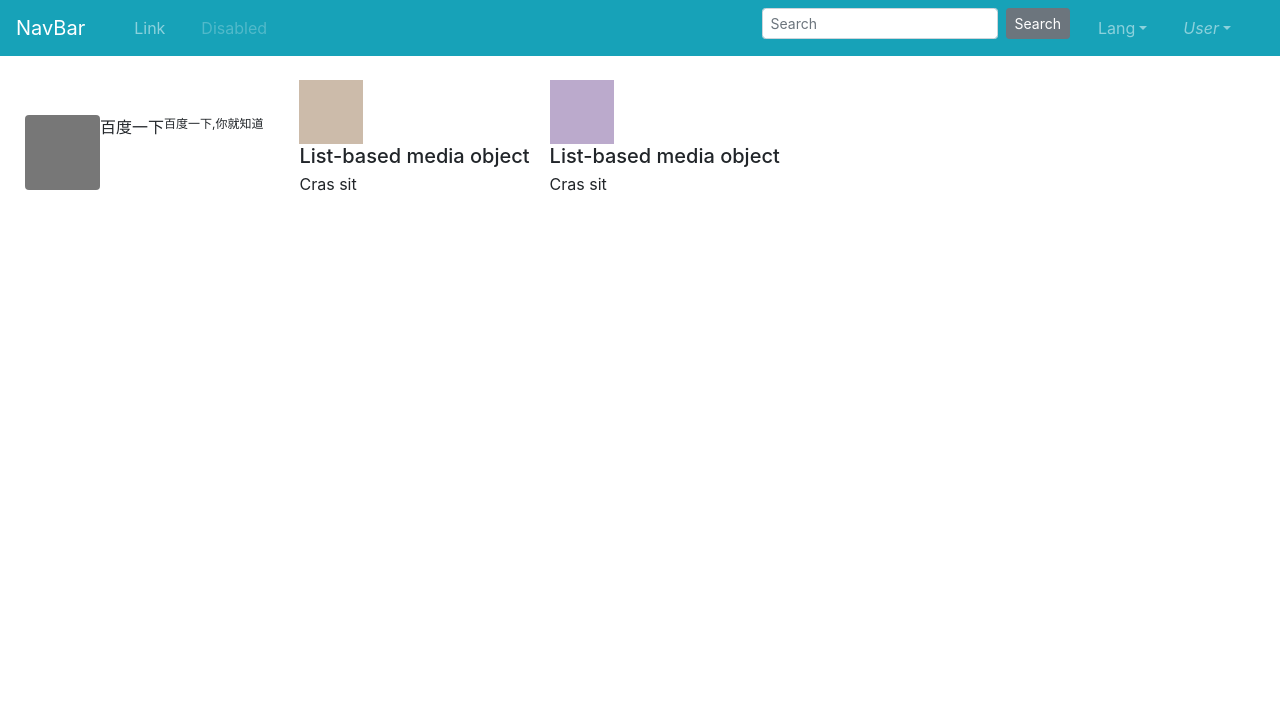
Repository: Funnyrz/vue-nav
Page: /
An editor plug-in stored every save of this project. The page is shown before and after the next save, followed by the edit.
The browser window is 1280 px wide. The pictures show the whole page.
The project was rebuilt for these pictures with package versions that can differ from the ones it lists, and the page was loaded fresh each time.

Above is the page before, as saved 2020-08-26 11:56:36.

### public/index.html
<!DOCTYPE html>
<html lang="en">
  <head>
    <meta charset="utf-8">
    <meta http-equiv="X-UA-Compatible" content="IE=edge">
    <meta name="viewport" content="width=device-width,initial-scale=1.0">
    <link rel="icon" href="<%= BASE_URL %>favicon.ico">
    <title>vue-pic</title>
  </head>
  <body>
    <noscript>
      <strong>We're sorry but vue-pic doesn't work properly without JavaScript enabled. Please enable it to continue.</strong>
    </noscript>
    <div id="app"></div>
    <!-- built files will be auto injected -->
  </body>
</html>

### src/main.js
import Vue from 'vue'
import App from './App.vue'
import 'bootstrap/dist/css/bootstrap.css'
import 'bootstrap-vue/dist/bootstrap-vue.css'
import BootstrapVue from 'bootstrap-vue'
// ES Modules syntax

// require syntax

Vue.use(BootstrapVue)
Vue.config.productionTip = false

new Vue({
  render: h => h(App),
}).$mount('#app')

### src/App.vue
<template>
  <div id="app">
    <HelloWorld msg="Welcome to Your Vue.js App" />
  </div>
</template>

<script>
import HelloWorld from "./components/HelloWorld.vue";

export default {
  name: "app",
  components: {
    HelloWorld
  }
};
</script>

<style>
.container-fluid {
  width: 80%;
}
</style>

### src/components/HelloWorld.vue
<template>
  <div class="hello">
    <div>
      <b-navbar toggleable="lg" type="dark" variant="info">
        <b-navbar-brand href="#">NavBar</b-navbar-brand>

        <b-navbar-toggle target="nav-collapse"></b-navbar-toggle>
        <b-container fluid>
          <b-collapse id="nav-collapse" is-nav>
            <b-navbar-nav>
              <b-nav-item href="#">Link</b-nav-item>
              <b-nav-item href="#" disabled>Disabled</b-nav-item>
            </b-navbar-nav>

            <!-- Right aligned nav items -->
            <b-navbar-nav class="ml-auto">
              <b-nav-form>
                <b-form-input size="sm" class="mr-sm-2" placeholder="Search"></b-form-input>
                <b-button size="sm" class="my-2 my-sm-0" type="submit">Search</b-button>
              </b-nav-form>

              <b-nav-item-dropdown text="Lang" right>
                <b-dropdown-item href="#">EN</b-dropdown-item>
                <b-dropdown-item href="#">ES</b-dropdown-item>
                <b-dropdown-item href="#">RU</b-dropdown-item>
                <b-dropdown-item href="#">FA</b-dropdown-item>
              </b-nav-item-dropdown>

              <b-nav-item-dropdown right>
                <!-- Using 'button-content' slot -->
                <template v-slot:button-content>
                  <em>User</em>
                </template>
                <b-dropdown-item href="#">Profile</b-dropdown-item>
                <b-dropdown-item href="#">Sign Out</b-dropdown-item>
              </b-nav-item-dropdown>
            </b-navbar-nav>
          </b-collapse>
        </b-container>
      </b-navbar>

      <b-container fluid>
        <div>
          <ul class="list-unstyled">
            <b-media tag="li">
              <template v-slot:aside>
                <b-img v-bind="mainProps" rounded alt="placeholder"></b-img>
                  <div style="position: relative;top:0px">
                百度一下
                  </div>
                <div style="font-size:12px; position: relative;bottom:0px">
                百度一下,你就知道
                </div>
              </template>
            </b-media>

            <b-media tag="li" class="my-4">
              <template v-slot:aside>
                <b-img blank blank-color="#cba" width="64" alt="placeholder"></b-img>
              </template>

              <h5 class="mt-0 mb-1">List-based media object</h5>
              <p class="mb-0">Cras sit</p>
            </b-media>

            <b-media tag="li">
              <template v-slot:aside>
                <b-img blank blank-color="#bac" width="64" alt="placeholder"></b-img>
              </template>

              <h5 class="mt-0 mb-1">List-based media object</h5>
              <p class="mb-0">Cras sit</p>
            </b-media>
          </ul>
        </div>
      </b-container>
    </div>
  </div>
</template>

<script>
export default {
  name: "HelloWorld",
  props: {
    msg: String
  },
  data() {
    return {
      mainProps: {
        blank: true,
        blankColor: "#777",
        width: 75,
        height: 75,
        class: "m1"
      }
    };
  },
  mounted() {}
};
</script>

<!-- Add "scoped" attribute to limit CSS to this component only -->
<style scoped>
h3 {
  margin: 40px 0 0;
}
ul {
  list-style-type: none;
  padding: 0;
}
li {
  display: inline-block;
  margin: 0 10px;
}
a {
  color: #42b983;
}
</style>

After the next save:
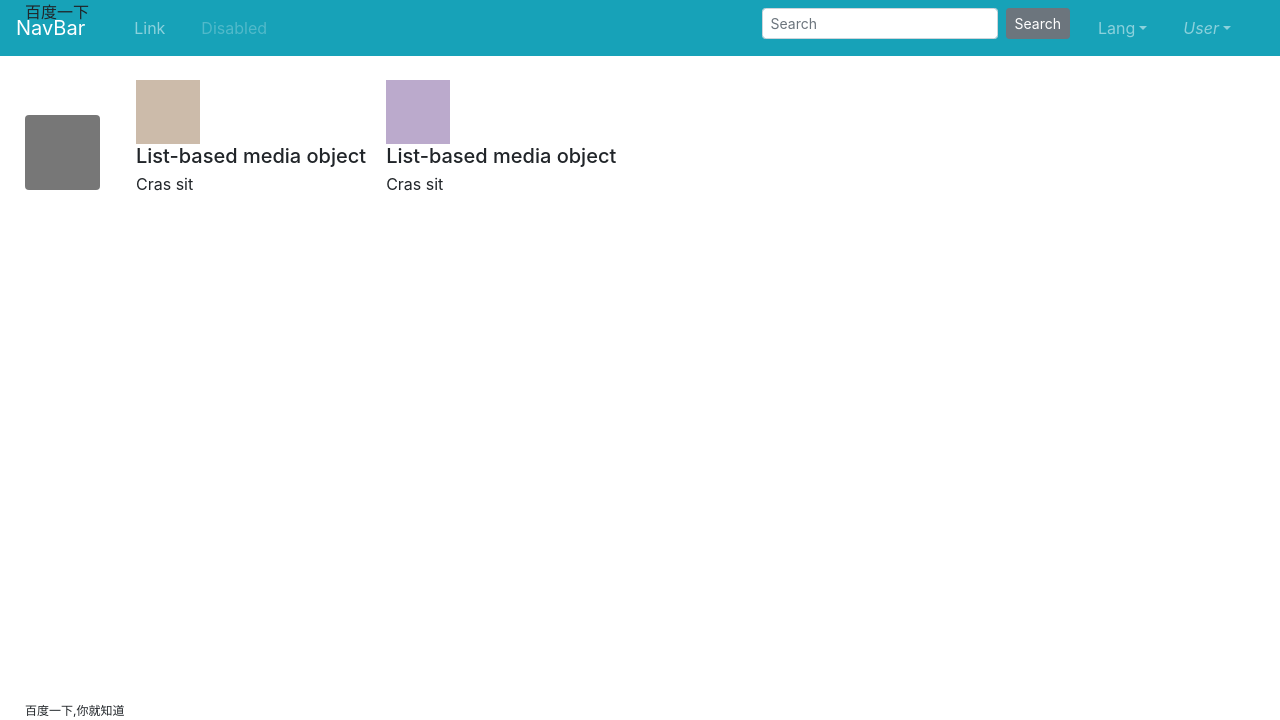
Saved 24 s later.
--- a/src/components/HelloWorld.vue
+++ b/src/components/HelloWorld.vue
@@ -45,10 +45,10 @@
             <b-media tag="li">
               <template v-slot:aside>
                 <b-img v-bind="mainProps" rounded alt="placeholder"></b-img>
-                  <div style="position: relative;top:0px">
+                  <div style="position: absolute;top:0px">
                 百度一下
                   </div>
-                <div style="font-size:12px; position: relative;bottom:0px">
+                <div style="font-size:12px; position: absolute;bottom:0px">
                 百度一下,你就知道
                 </div>
               </template>

After the save that followed:
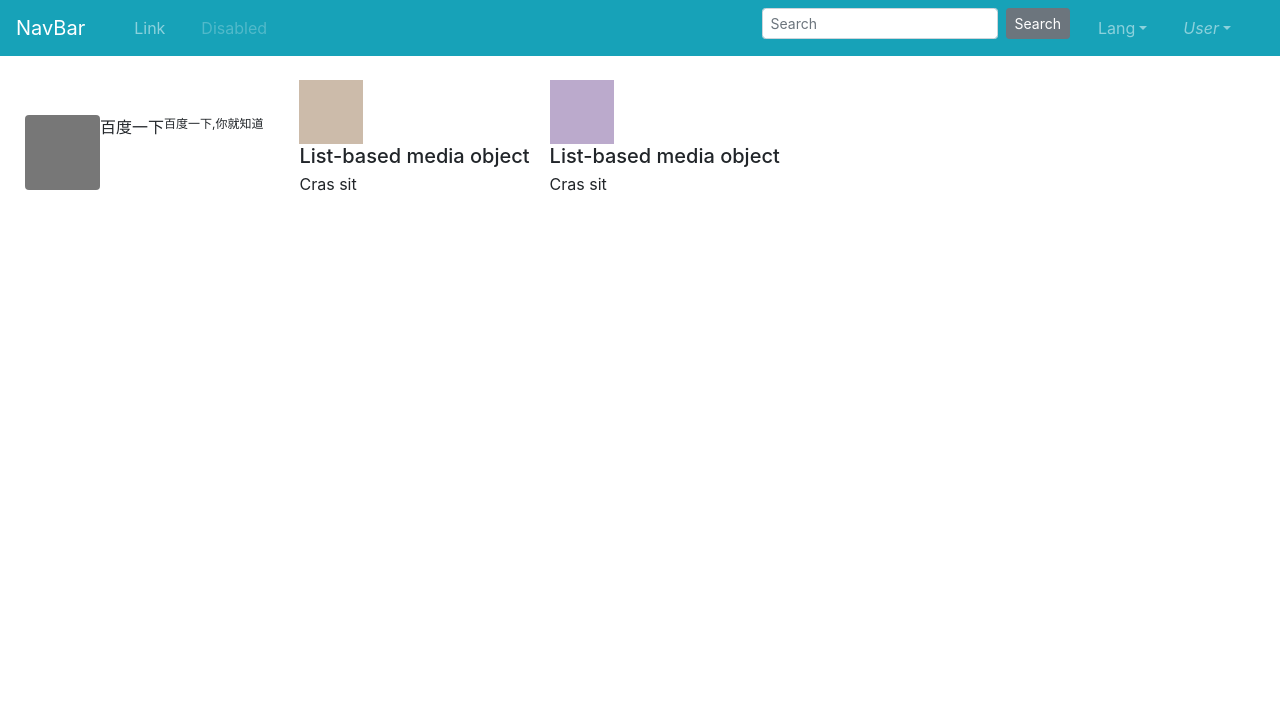
Saved 26 s later.
--- a/src/components/HelloWorld.vue
+++ b/src/components/HelloWorld.vue
@@ -43,12 +43,12 @@
         <div>
           <ul class="list-unstyled">
             <b-media tag="li">
-              <template v-slot:aside>
+              <template v-slot:aside style="position: relative;">
                 <b-img v-bind="mainProps" rounded alt="placeholder"></b-img>
-                  <div style="position: absolute;top:0px">
+                  <div style="position: relative;top:0px">
                 百度一下
                   </div>
-                <div style="font-size:12px; position: absolute;bottom:0px">
+                <div style="font-size:12px; position: relative;bottom:0px">
                 百度一下,你就知道
                 </div>
               </template>
